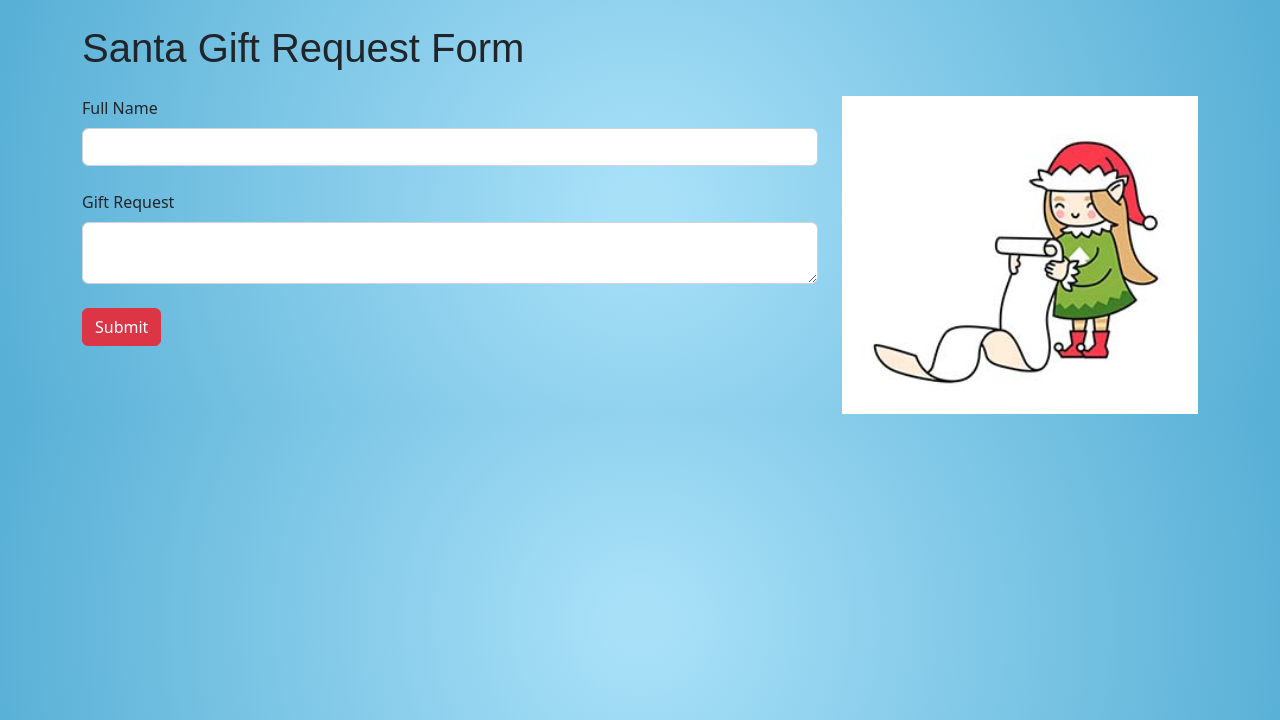
Repository: sarahlochhead/check-santas-list
Page: santa.html
The author's editor kept a copy of each file at every save. The page is drawn from the files as they stood at one save, then again after the next save.
The browser window is 1280 px wide. The pictures show the whole page.
Some web fonts or font styles are not loaded; a fallback is used.

Above is the page before, as saved 2023-11-24 20:22:52.

### santa.html
<!DOCTYPE html>
<html lang="en">

<head>
    <meta charset="utf-8">
    <meta name="viewport" content="width=device-width, initial-scale=1, shrink-to-fit=no">
    <title>Santa Gift Request Form</title>
    <!-- Bootstrap CSS -->
    <link href="https://cdn.jsdelivr.net/npm/bootstrap@5.2.3/dist/css/bootstrap.min.css" rel="stylesheet"
        integrity="sha384-rbsA2VBKQhggwzxH7pPCaAqO46MgnOM80zW1RWuH61DGLwZJEdK2Kadq2F9CUG65" crossorigin="anonymous">
    <!-- Custom CSS -->
    <link href="css/styles.css" rel="stylesheet" />

</head>

<body class="container santa">
    <main>
        <header>
            <h1 class="mb-4 mt-4">Santa Gift Request Form</h1>
        </header>
        <section class="row">
            <form class="col-8">
                <div class="mb-4">
                    <label for="fullName" class="form-label">Full Name</label>
                    <input type="text" class="form-control" id="fullName">
                </div>
                <div class="mb-4">
                    <label for="giftRequest" class="form-label">Gift Request</label>
                    <textarea class="form-control" id="giftRequest"></textarea>
                </div>
                <button type="submit" class="btn btn-danger">Submit</button>
            </form>
            <img class="col-4" src="./images/christmas-elf-with-list.jpg"
                alt="A cartoon Christmas elf smiles while reading a long scroll-like list.">
        </section>
        <div class="progress mt-4 mb-4" style="height: 50px;" hidden>
            <div class="progress-bar bg-info progress-bar-striped progress-bar-animated" role="progressbar"
                aria-label="Santa Gift Request Progress Bar" style="width:25%;" aria-valuenow="25" aria-valuemin="0"
                aria-valuemax="100" hidden>Routed to North Pole</div>
            <div class="progress-bar bg-success progress-bar-striped progress-bar-animated" role="progressbar"
                aria-label="Long Read Progress Bar" style="width:15%;" aria-valuenow="15" aria-valuemin="0"
                aria-valuemax="100" hidden>Elf Verification</div>
            <div class="progress-bar bg-danger progress-bar-striped progress-bar-animated" role="progressbar"
                aria-label="Long Read Progress Bar" style="width:35%;" aria-valuenow="35" aria-valuemin="0"
                aria-valuemax="100" hidden>Santa Validation</div>
            <div class="progress-bar bg-warning progress-bar-striped progress-bar-animated" role="progressbar"
                aria-label="Long Read Progress Bar" style="width:25%;" aria-valuenow="25" aria-valuemin="0"
                aria-valuemax="100" hidden>Displaying Results</div>
        </div> <!-- .progress -->
        <!-- Nice -->
        <section id="nice" class="text-center" hidden>
            <h2>Congratulations! You're on the Nice List</h2>
            <p>
                Your really outdid yourself this year!
            </p>
            <img src="./images/gift.jpg" alt="An open cartoon gift box with
confetti and stars coming out of it." class="d-inine-block">
            <p>
                You can expect your gift to arrive on the evening of December 24th between 7:00pm and 11:59pm. To ensure
                a frictionless delivery, please make sure to be asleep during this delivery window and remit the milk
                and cookie compensation on a surface close to your Christmas tree.
            </p>
            <p>
                Thanks for believing in us for all your Christmas magic!
            </p>
        </section>
        <!-- Naughty -->
        <section id="naughty" class="text-center" hidden>
            <h2>Sorry. You're on the Naughty List</h2>
            <p>
                Well, unfortunately we are unable to process your request at this time. Please ... do better and try
                again next year.
            </p>
            <img src="./images/coal.jpg" alt="A cartoon gift box containing several lumps of coal"
                class="d-inline-block">
            <p>
                You can, however, expect to find a lump of coal as symbolic gesture to further disparage you for your
                infractions against niceness. To start the year off in the right direction, we ask that you continue to
                remit milk and cookie compensation on the evening on December 24th.
            </p>
        </section>

    </main>
    <!-- Bootstrap JS -->
    <script src="https://cdn.jsdelivr.net/npm/bootstrap@5.2.3/dist/js/bootstrap.bundle.min.js"></script>
    <!-- Custom JS -->
    <script src="js/custom.js"></script>
</body>
</html>

### css/styles.css
@charset "utf-8";
@import url('https://fonts.googleapis.com/css2?family=DM+Sans:opsz@9..40&family=Rochester&display=swap');

/* background */
body {
background: rgb(168,224,248);
background: radial-gradient(circle, rgba(168,224,248,1) 4%, rgba(88,176,214,1) 98%);

body {
    font-family: 'DM Sans', sans-serif;
}

h1, h2, h3 {
    font-family: 'Rochester', cursive, sans-serif;
}

### js/custom.js
// Custom JavaScript
const form = document.querySelector("form");

const progressBarOuter = document.querySelector(".progress");

const progressBarOne = document.querySelector(".progress-bar:nth-of-type(1)");
const progressBarTwo = document.querySelector(".progress-bar:nth-of-type(2)");
const progressBarThree = document.querySelector(".progress-bar:nth-of-type(3)");
const progressBarFour = document.querySelector(".progress-bar:nth-of-type(4)");

const nice = document.querySelector("#nice");
const naughty = document.querySelector("#naughty");
const possibleResults = [nice, naughty];




// the function incrementally toggles the class from hidden to visible first on the whole .progress and then on each part of the .progress-bar

// then it will choose either #nice or #naughty at random and toggle hidden to visible
// when the form is submitted trigger the event function
addEventListener('submit', (event) => {
    // prevent form default behaviour (which refreshes the page)
    event.preventDefault();
    // incrementally remove the hidden attribute on each part of the progress bar.
    progressBarOuter.removeAttribute("hidden");
    setTimeout(() => {progressBarOne.removeAttribute("hidden")}, 1500);
    setTimeout(() => {progressBarTwo.removeAttribute("hidden")}, 4500);setTimeout(() => {progressBarThree.removeAttribute("hidden")}, 7500);
    setTimeout(() => {progressBarFour.removeAttribute("hidden")}, 9500);

    // choose a response at random from the results array and display it.
    const result = Math.floor(Math.random()* possibleResults.length);
    console.log(result);
    setTimeout(() => {possibleResults[result].removeAttribute("hidden");}, 9999);

});

After the next save:
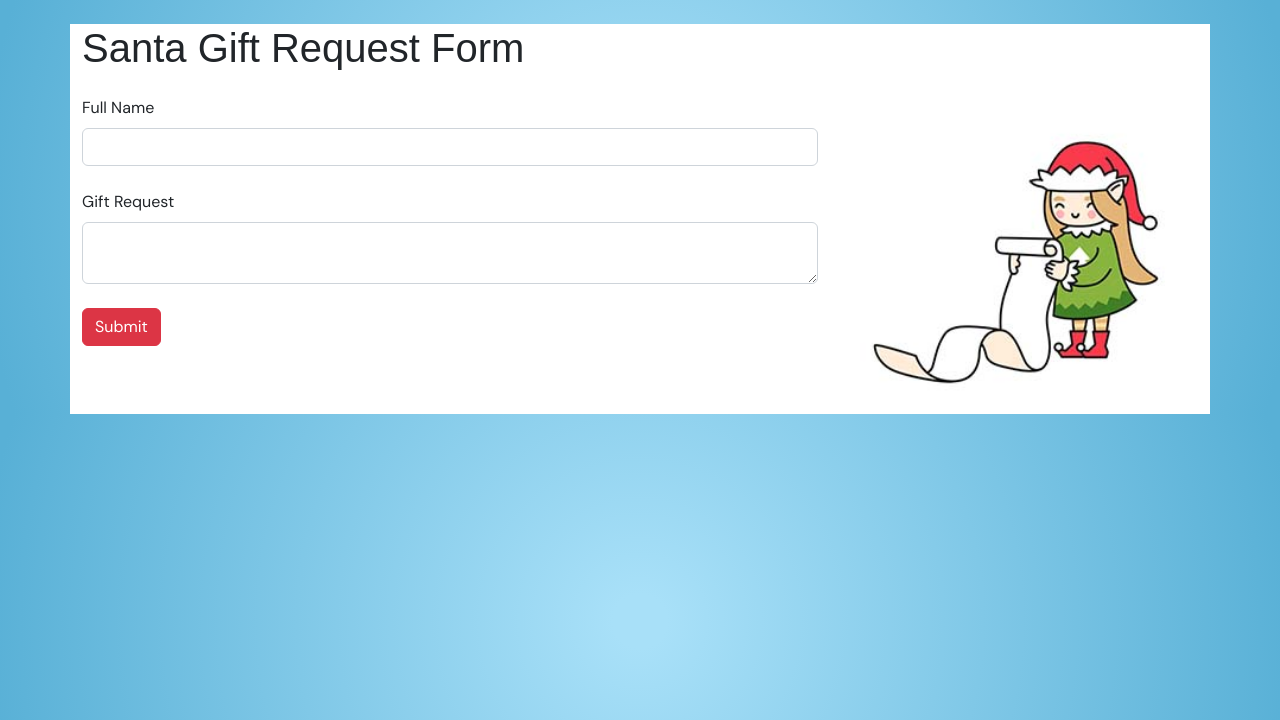
Saved 4 s later.
--- a/css/styles.css
+++ b/css/styles.css
@@ -2,7 +2,7 @@
 @import url('https://fonts.googleapis.com/css2?family=DM+Sans:opsz@9..40&family=Rochester&display=swap');
 
 /* background */
-body {
+html {
 background: rgb(168,224,248);
 background: radial-gradient(circle, rgba(168,224,248,1) 4%, rgba(88,176,214,1) 98%);
 

After the 3 saves that followed:
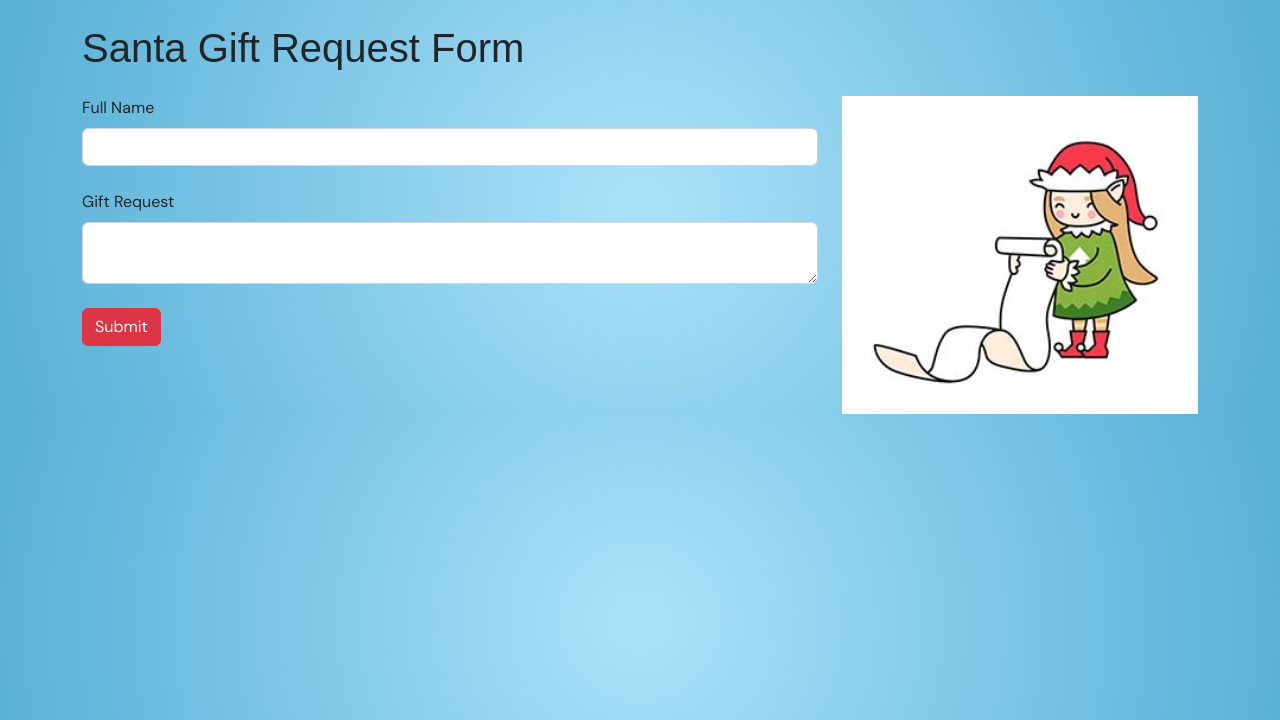
The 3 saves are shown as one change because 1 left the picture as it was and some came seconds apart.
The last was saved 18 s later.
--- a/css/styles.css
+++ b/css/styles.css
@@ -2,9 +2,11 @@
 @import url('https://fonts.googleapis.com/css2?family=DM+Sans:opsz@9..40&family=Rochester&display=swap');
 
 /* background */
-html {
+body {
 background: rgb(168,224,248);
 background: radial-gradient(circle, rgba(168,224,248,1) 4%, rgba(88,176,214,1) 98%);
+}
+
 
 body {
     font-family: 'DM Sans', sans-serif;
